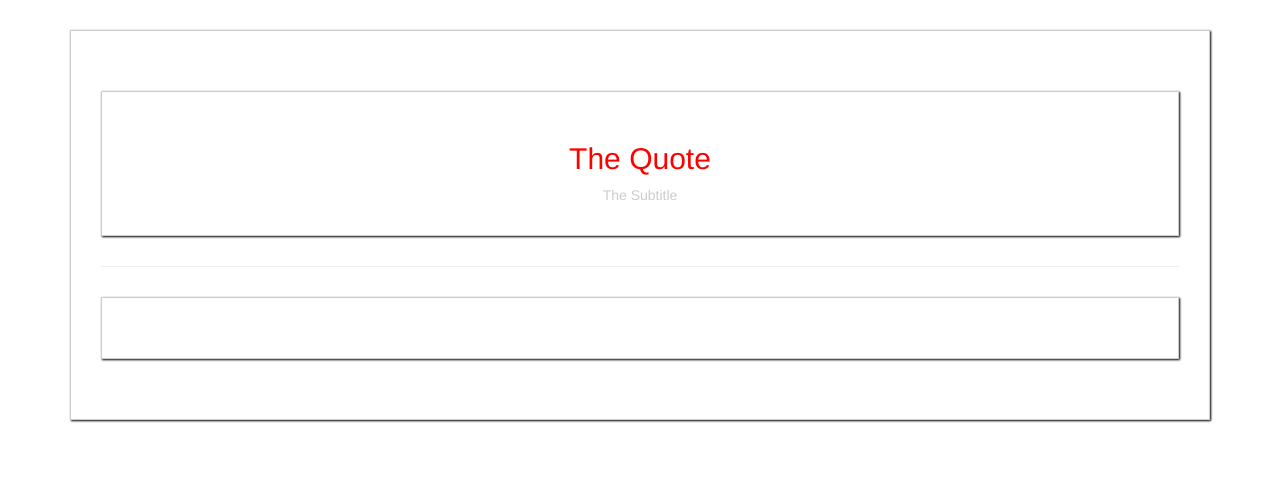
Repository: wojkos/Learn
Page: / (app in Vue/module9/)
These files come from the project's save history. The page is drawn as it stood at one moment and after the next save; the edit follows.
The browser window is 1280 px wide. The pictures show the whole page.
The project was rebuilt for these pictures with package versions that can differ from the ones it lists, and the page was loaded fresh each time. Also part of the build but not shown: Vue/module9/webpack.config.js.

Above is the page before, as saved 2018-04-26 17:00:36.

After the next save:
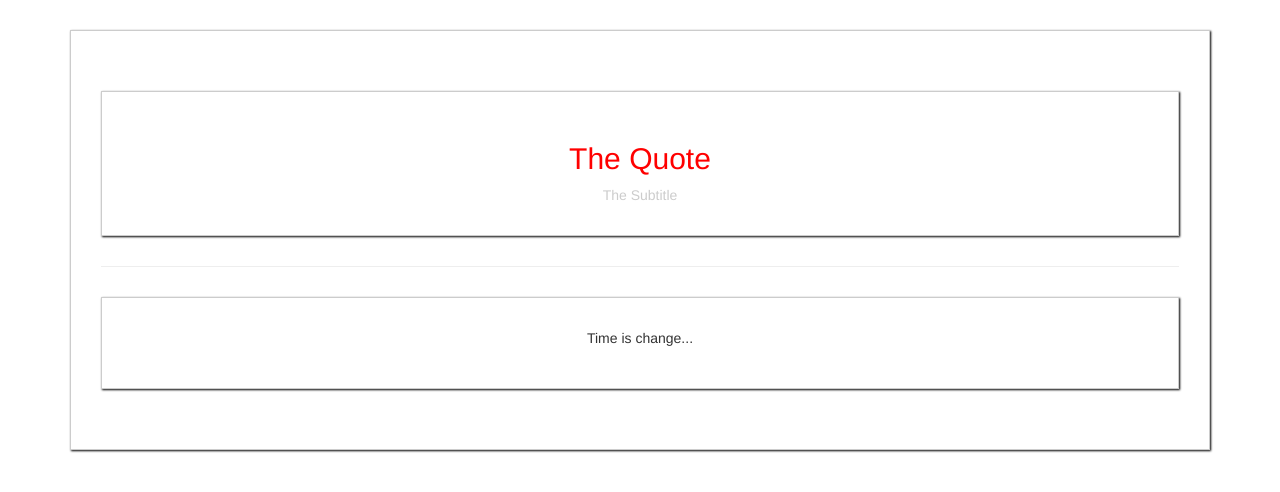
Saved 81 s later.
--- a/Vue/module9/src/App.vue
+++ b/Vue/module9/src/App.vue
@@ -4,7 +4,7 @@
             <div class="col-xs-12">
                <appQuote>
                     <h2 slot="title">{{ quoteTitle }}</h2>
-                    <p slot="content">Time is change...</p>
+                    <p>Time is change...</p>
                </appQuote>
             </div>
         </div>
